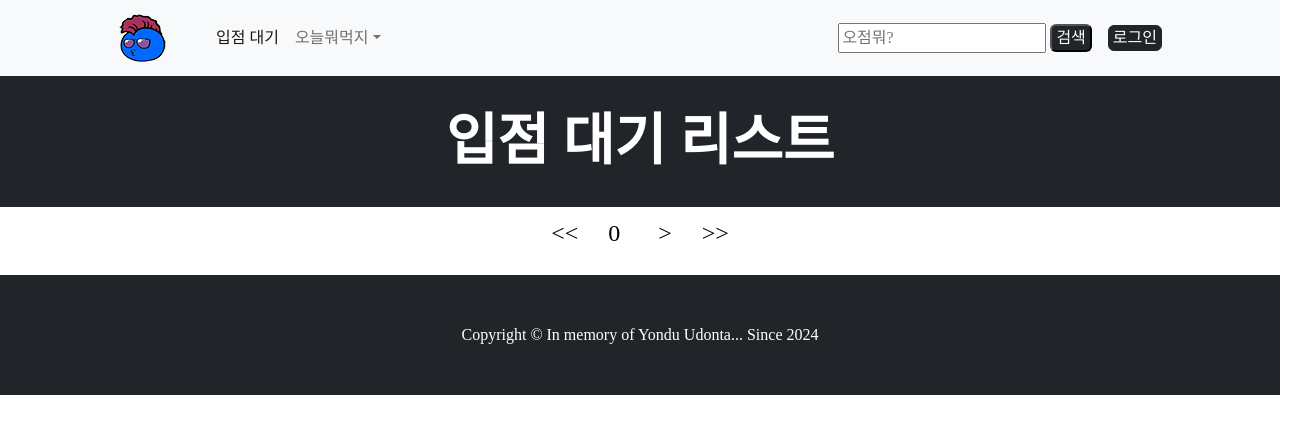
Repository: ashwan94/ydzone
Page: http://localhost/YonduZone/restaurant/vote
The author's editor kept a copy of each file at every save. The page is drawn from the files as they stood at one save, then again after the next save.
The browser window is 1280 px wide. The page is 1292 px wide, so the pictures cover 1292 px, including what lies to the right of the window. The pictures show the whole page.
Some web fonts or font styles are not loaded; a fallback is used. The page is served by Tomcat 9.

Above is the page before, as saved 2024-05-01 22:54:45.

After the next save:
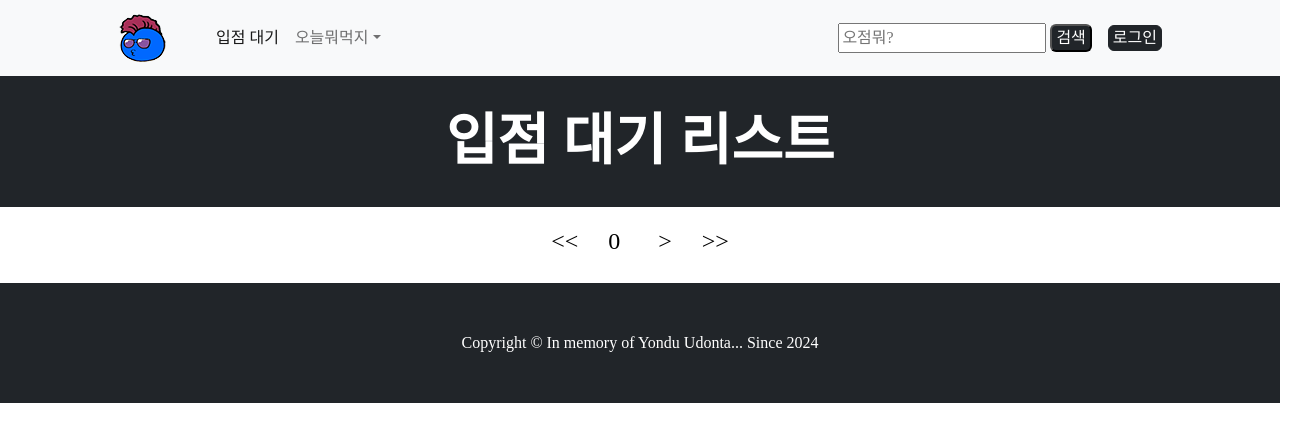
Saved 8 s later.
--- a/YonduZone/src/main/webapp/WEB-INF/views/restaurant/stanby.jsp
+++ b/YonduZone/src/main/webapp/WEB-INF/views/restaurant/stanby.jsp
@@ -150,7 +150,7 @@
 
 <div class="row mb-3 text-center fs-4">
 <div class="col-4"></div>
-<div class="col-4 mt-2 mb-2">
+<div class="col-4 mt-3 mb-2">
 <!-- 페이지 링크 -->
 <a href="/restaurant/stanby?currentPageNo=1" class="mx-2">&lt;&lt;</a>
 <c:if test="${pagination.currentPageNo > 1 }">
